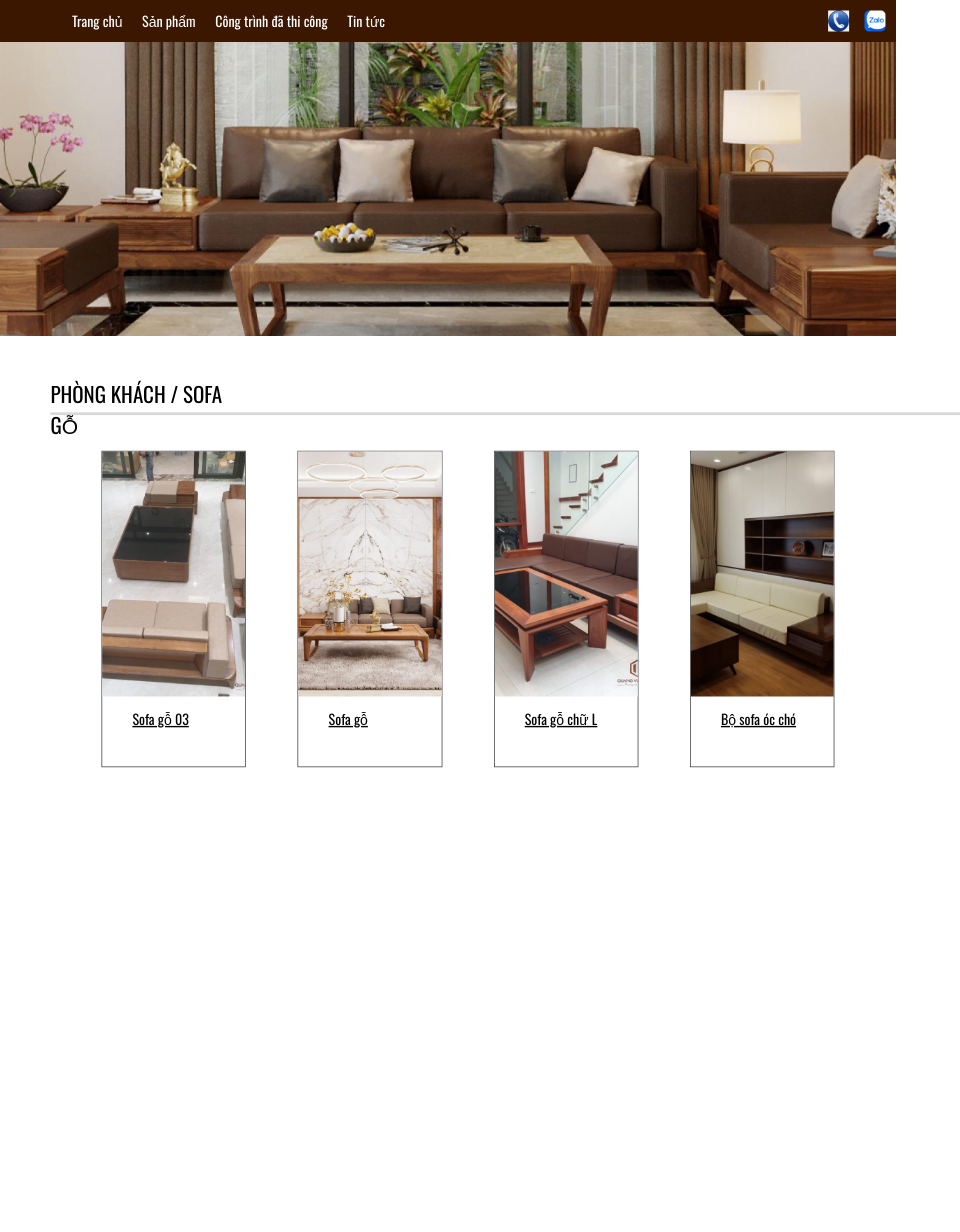
Repository: KHANHD192/FigmaTo-HTML
Page: APP-SHOP/index.html
These files come from the project's save history. The page is drawn as it stood at one moment and after the next save; the edit follows.
The browser window is 1280 px wide. The page is 1372 px wide, so the pictures cover 1372 px, including what lies to the right of the window. The pictures show the part of the page from y = 0 to 1760 px (the page is 4376 px tall), at 70% of full size.

Above is the page before, as saved 2022-11-21 13:59:48.

### APP-SHOP/index.html
<!DOCTYPE html>
<html lang="en">
<head>
    <meta charset="UTF-8">
    <meta http-equiv="X-UA-Compatible" content="IE=edge">
    <meta name="viewport" content="width=device-width, initial-scale=1.0">
    <title>APP-SHOP</title>
    <link rel="stylesheet" href="https://cdnjs.cloudflare.com/ajax/libs/normalize/8.0.1/normalize.min.css" integrity="sha512-NhSC1YmyruXifcj/KFRWoC561YpHpc5Jtzgvbuzx5VozKpWvQ+4nXhPdFgmx8xqexRcpAglTj9sIBWINXa8x5w==" crossorigin="anonymous" referrerpolicy="no-referrer" />
    <link rel="stylesheet" href="./asset/Css_main/base.css">
    <link rel="stylesheet" href="./asset/Css_main/main.css">
    <link rel="preconnect" href="https://fonts.googleapis.com">
     <link rel="preconnect" href="https://fonts.gstatic.com" crossorigin>
</head>
<body>
    <div class="app">
         <header class="app__header">
                 <div class="header__nav-bar">
                    <ul class="nav-bar__item">
                        <li>
                            <a href="./index.html" class="nav-bar__item-link">Trang chủ</a>
                        </li>
                        <li>
                            <a href="#" class="nav-bar__item-link">Sản phẩm</a>
                        </li>
                        <li>
                            <a href="./ctdtc.html" class="nav-bar__item-link">Công trình đã thi công</a>
                        </li>
                        <li>
                            <a href="./tintuc.html" class="nav-bar__item-link">Tin tức</a>
                        </li>
                    </ul>
                    <ul class="nav-bar__icon">
                        <li>
                            <img src="./asset/IMG/image 3.png" alt="" class="logo">
                        </li>
                        <li>
                            <img src="./asset/IMG/image 2.png" alt="" class="logo">
                        </li>
                    </ul>
                 </div>
                 <div class="header__background">
                     <img src="./asset/IMG/image 4.png" alt="background">
                 </div>
         </header>
     <div class="app__container">
        <div class="container__collect">
            <div class="collect1">
                <h2 class="title">PHÒNG KHÁCH / SOFA GỖ</h2>
                <ul class="list__item">
                    <li>
                        <div class="wrap__image">
                            <img src="./asset/IMG/image 5.png" alt="" class="item__image">
                        </div>
                        <a href="https://noithatquangvu.vn/san-pham/sofa-go-3/" class="item__image-link">Sofa gỗ 03</a>
                    </li>
                    <li>
                          <div class="wrap__image">
                            <img src="./asset/IMG/image 5 (1).png" alt="" class="item__image">
                          </div>
                        <a href="https://noithatquangvu.vn/san-pham/sofa-go/" class="item__image-link">Sofa gỗ</a>
                    </li>
                    <li>
                         <div class="wrap__image">
                            <img src="./asset/IMG/image 6.png" alt="" class="item__image">
                         </div>
                        <a href="https://noithatquangvu.vn/san-pham/sofa-go-chu-l/" class="item__image-link">Sofa gỗ chữ L</a>
                    </li>
                    <li>
                       <div class="wrap__image">
                        <img src="./asset/IMG/image 6 (1).png" alt="" class="item__image">
                       </div>
                        <a href="https://noithatquangvu.vn/san-pham/bo-sofa-go-oc-cho-ms10/" class="item__image-link">Bộ sofa óc chó</a>
                    </li>

                </ul>
            </div>
        </div>
     </div>
     <footer class="app__footer">

     </footer>
    </div>
</body>
</html>

### APP-SHOP/asset/Css_main/base.css
@import url('https://fonts.googleapis.com/css2?family=Oswald&family=Roboto:wght@100&display=swap');
/* header */
html{
    font-size: 62.5%;
    box-sizing: border-box;
    font-family: 'Oswald', sans-serif;
}
.app{
    max-width: 1800px;
}
.app__header{

}
.header__nav-bar{
      display: flex;
      justify-content: space-between;
      height: 60px;
      background-color: #3C1700;;
}
.nav-bar__item {
    width: 603px;
    height: 30px;
    list-style: none;
    display: flex;
    font-family: 'Oswald', sans-serif;
    font-size: 20px;
    line-height: 29.64px;
    margin-top: 15px;
    margin-bottom: 15px ;
    margin-left: 63px;
}
.nav-bar__item-link{
    text-decoration: none;
    color: #FFFFFF;
    margin-right: 28px;
}
.header__nav-bar:not(:last-child){
    margin-right: 0;
}
.nav-bar__icon{
    list-style: none;
    display: flex;
    margin-top: 15px;
    margin-bottom: 15px ;
    margin-right: 15px;
}
.logo{
    width: 30px;
    height: 30px;
}
.logo:last-child{
    margin-left: 22px;
}
.header__background{
    width:100%;
    height: 420px;
}
.header__background img{
    width: 100%;
    height: 100%;
    object-fit: cover;
}
/* footer */

### APP-SHOP/asset/Css_main/main.css
.app__container{
 max-width: 1800px;
    height: 3835px;
}
.collect1 h2{
    width: 285px;
    height: 42px;
    font-family: 'Oswald', sans-serif;
    font-weight: 400;
    font-size: 30px;
    line-height: 44.46px;
    color: #000000;
    position: relative;
    margin-top: 61px;
    margin-bottom: 61px;
    margin-left: 72px;
}
.collect1 h2::after{
    content: "";
    position: absolute;
    width: 1300px;
    height: 4px;
    background-color: #D9D9D9;
    left:0;
    bottom: -10px;

}
.collect1 .list__item{
    list-style: none;
    display: flex;
    margin-left:105px;
    margin-right: 88px;
}
.list__item li {
   max-width: 350px;
    height: 450px;
    border:  1px solid #332F2F;
    margin-right: 74px;
}
.list__item li:last-child{
    margin-right: 0;
}
li .wrap__image{
   max-width: 350px;
    height: 350px;
}
.item__image-link{
    display: block;
    max-width:118px;
    height: 63px;
    font-size: 20px;
    font-weight: 400;
    line-height: 44.46px;
    margin:1rem auto;
    color: #000000;
}
li .wrap__image img{
    width: 100%;
    height: 100%;
    object-fit: cover;
}

After the next save:
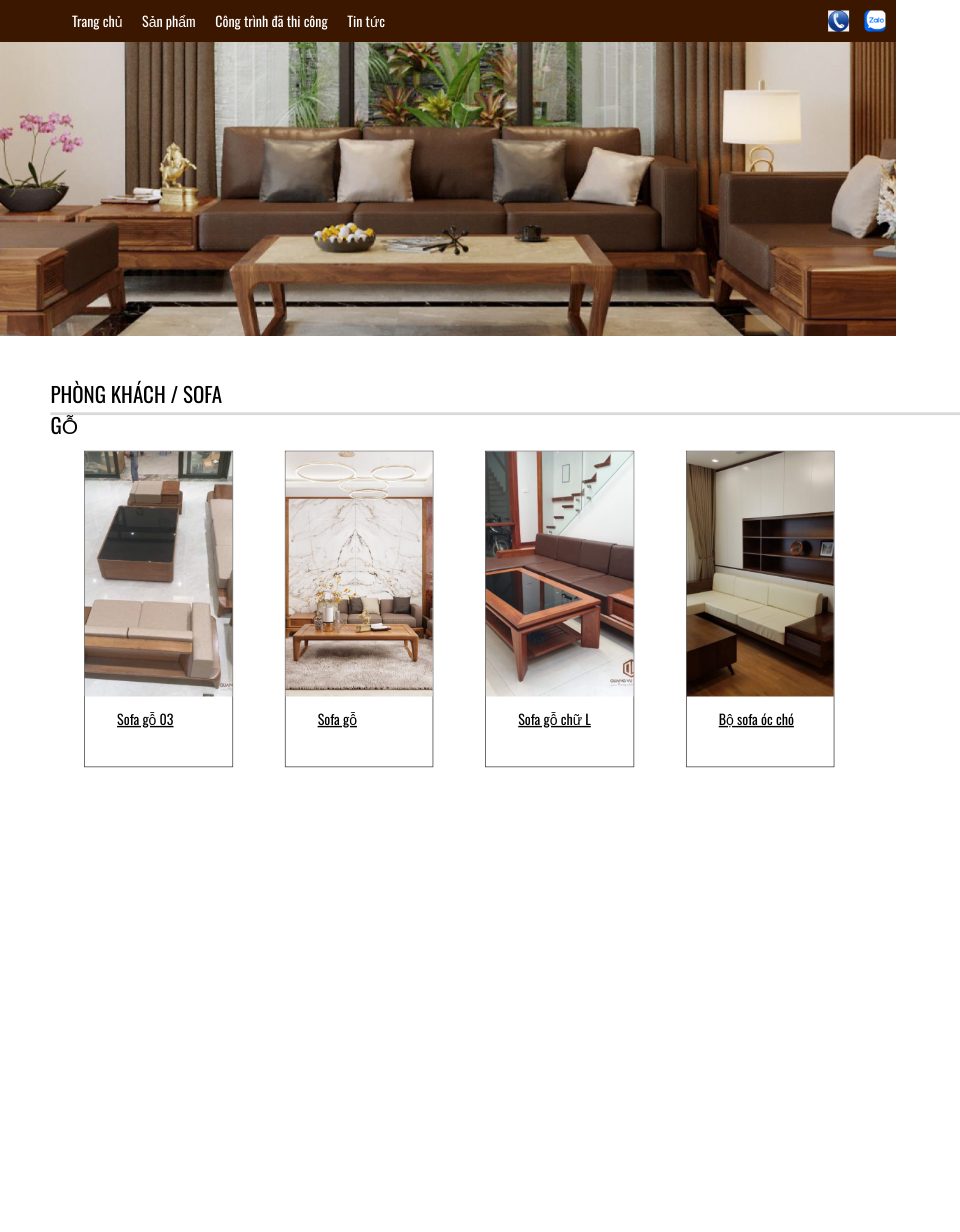
Saved 8 s later.
--- a/APP-SHOP/asset/Css_main/main.css
+++ b/APP-SHOP/asset/Css_main/main.css
@@ -28,7 +28,7 @@
 .collect1 .list__item{
     list-style: none;
     display: flex;
-    margin-left:105px;
+    margin-left:80px;
     margin-right: 88px;
 }
 .list__item li {
